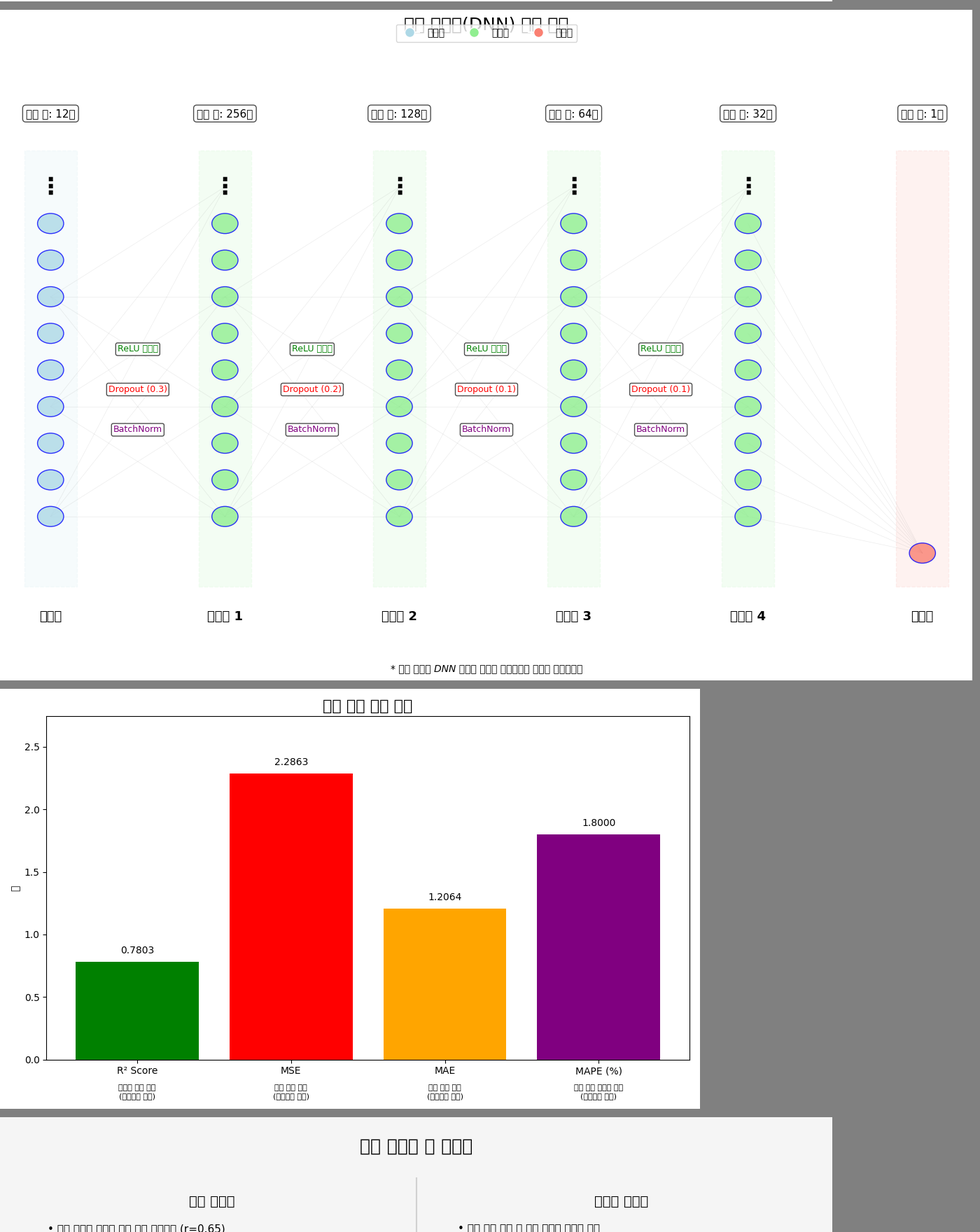
Repository: dldnwls07/BigDataStudy
Script's output: python src/visualization/create_presentation_visuals_fixed.py
These files come from the project's save history. The script's output is drawn as it stood at one moment and after the next save; the edit follows.
The pictures show rows 2373 to 4133 of an output 5371 px tall, at 70% of full size.
Each picture stacks the figures in order, with grey between them; figures that are only written to a file come last. Figures wider than 1,400 px are first shrunk to that width. Random numbers start from a fixed seed.

Above is the script's output before, as saved 2025-06-19 23:42:42.

After the next save:
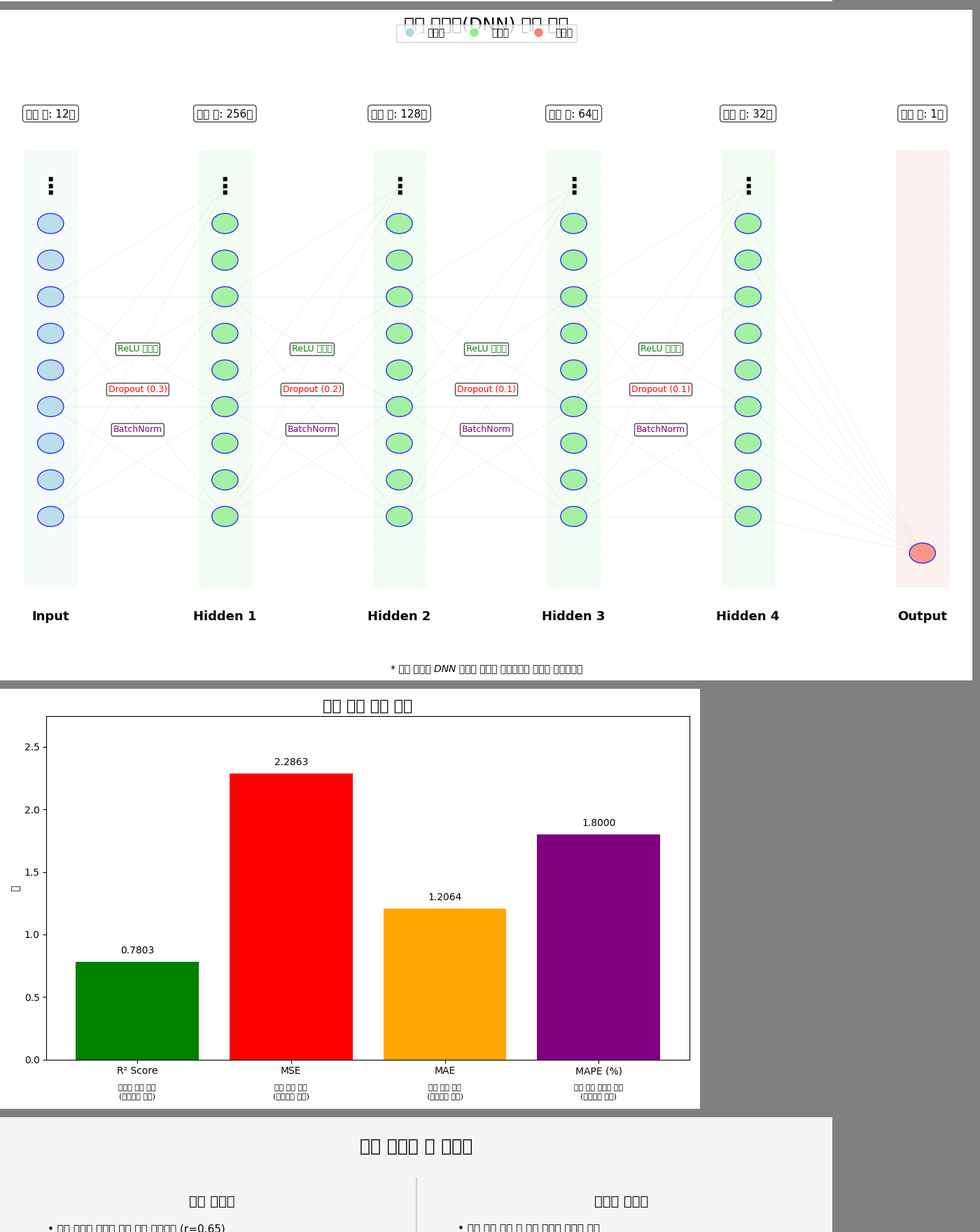
Saved 31 min 15 s later.
--- a/src/visualization/create_presentation_visuals_fixed.py
+++ b/src/visualization/create_presentation_visuals_fixed.py
@@ -294,17 +294,21 @@ def create_feature_importance_visualization(data, output_path):
 # 신경망 모델 구조 시각화
 def create_neural_network_architecture(output_path):
     try:
+        # 한글 폰트 명시적으로 다시 설정
+        plt.rcParams['font.family'] = 'Malgun Gothic'
+        plt.rcParams['axes.unicode_minus'] = False
+
         plt.figure(figsize=(14, 10))  # 더 큰 그림 크기
         ax = plt.subplot(111)
 
         # 레이어와 노드 수 정의
         layers = [
-            {'name': '입력층', 'nodes': 12, 'color': 'lightblue'},  # 입력 변수 수는 데이터에 맞게 조정
-            {'name': '은닉층 1', 'nodes': 256, 'color': 'lightgreen'},
-            {'name': '은닉층 2', 'nodes': 128, 'color': 'lightgreen'},
-            {'name': '은닉층 3', 'nodes': 64, 'color': 'lightgreen'},
-            {'name': '은닉층 4', 'nodes': 32, 'color': 'lightgreen'},
-            {'name': '출력층', 'nodes': 1, 'color': 'salmon'}
+            {'name': 'Input', 'nodes': 12, 'color': 'lightblue', 'kr_name': '입력층'},  # 입력 변수 수는 데이터에 맞게 조정
+            {'name': 'Hidden 1', 'nodes': 256, 'color': 'lightgreen', 'kr_name': '은닉층 1'},
+            {'name': 'Hidden 2', 'nodes': 128, 'color': 'lightgreen', 'kr_name': '은닉층 2'},
+            {'name': 'Hidden 3', 'nodes': 64, 'color': 'lightgreen', 'kr_name': '은닉층 3'},
+            {'name': 'Hidden 4', 'nodes': 32, 'color': 'lightgreen', 'kr_name': '은닉층 4'},
+            {'name': 'Output', 'nodes': 1, 'color': 'salmon', 'kr_name': '출력층'}
         ]
 
         # 각 레이어 위치 계산 (수평 간격 확대)
